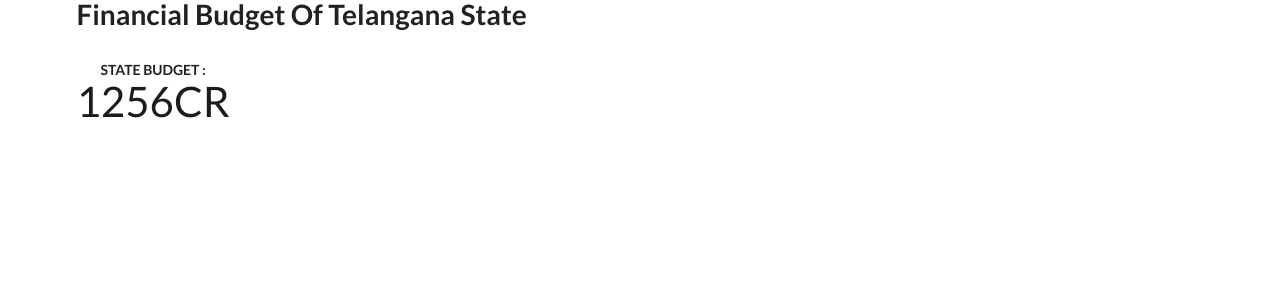
Repository: akHil07090709/advanced-react
Page: /
These files come from the project's save history. The page is drawn as it stood at one moment and after the next save; the edit follows.
The browser window is 1280 px wide. The pictures show the whole page.
The project was rebuilt for these pictures with package versions that can differ from the ones it lists, and the page was loaded fresh each time. Also part of the build but not shown: src/App.css.

Above is the page before, as saved 2021-05-18 09:02:28.

After the next save:
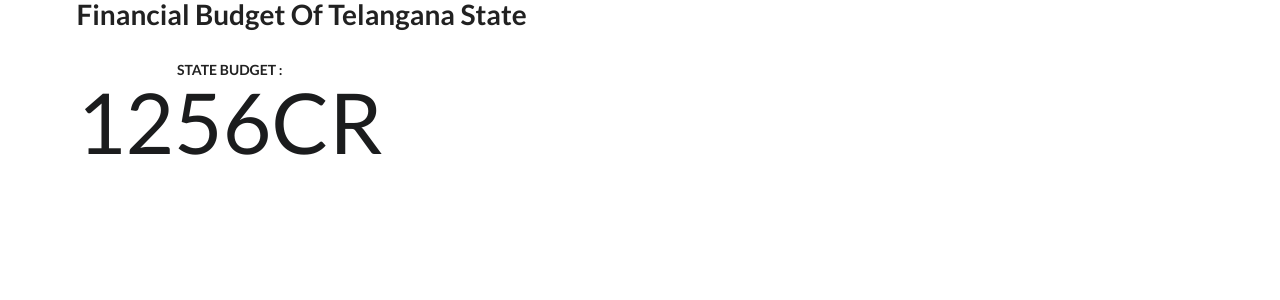
Saved 8 s later.
--- a/src/App.js
+++ b/src/App.js
@@ -5,7 +5,7 @@
   return (
     <Container>
       <Header as="h1">Financial Budget Of Telangana State</Header>
-      <Statistic size="small">
+      <Statistic size="huge">
         {/* A statistic can display a value with a label above or below it.*/}
         <Statistic.Label>State Budget : </Statistic.Label>
         <Statistic.Value>1256cr</Statistic.Value>

After the save that followed:
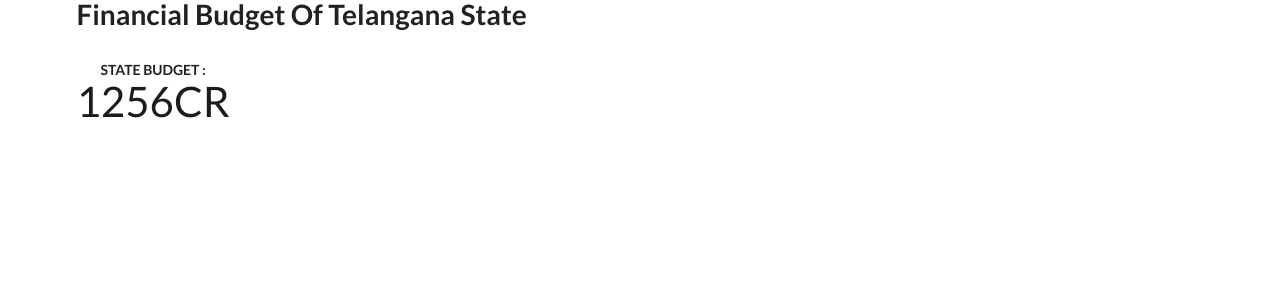
Saved 4 s later.
--- a/src/App.js
+++ b/src/App.js
@@ -5,7 +5,7 @@
   return (
     <Container>
       <Header as="h1">Financial Budget Of Telangana State</Header>
-      <Statistic size="huge">
+      <Statistic size="small">
         {/* A statistic can display a value with a label above or below it.*/}
         <Statistic.Label>State Budget : </Statistic.Label>
         <Statistic.Value>1256cr</Statistic.Value>
